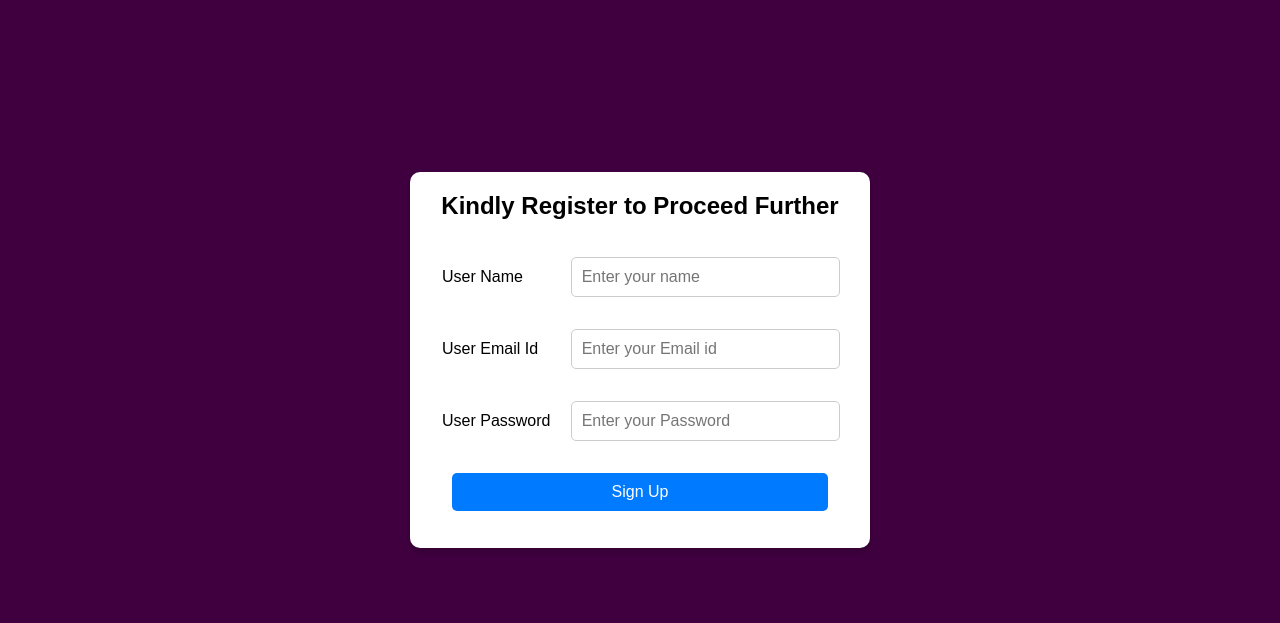
Repository: anuragtiwari3100/Java-Web-Solutions-Kit
Page: JspAndServlet/redirectToAnotherJspHtml/src/main/webapp/index.html
The author's editor kept a copy of each file at every save. The page is drawn from the files as they stood at one save, then again after the next save.
The browser window is 1280 px wide. The pictures show the whole page.

Above is the page before, as saved 2024-11-27 05:42:22.

After the next save:
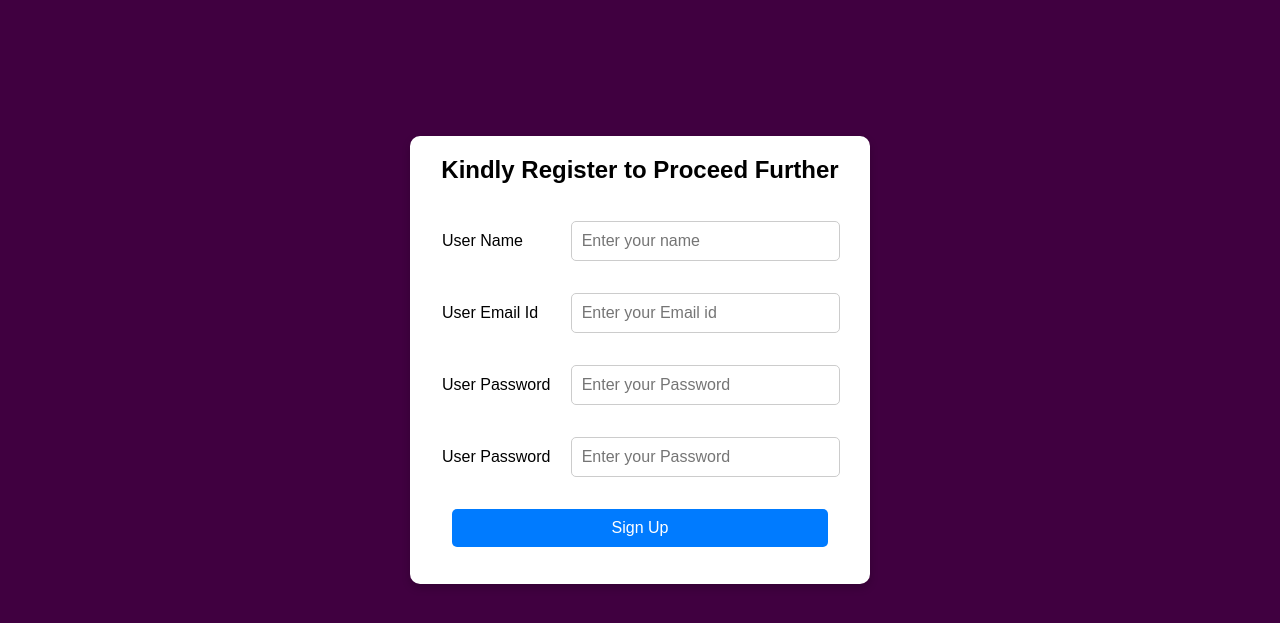
Saved 19 s later.
--- a/JspAndServlet/redirectToAnotherJspHtml/src/main/webapp/index.html
+++ b/JspAndServlet/redirectToAnotherJspHtml/src/main/webapp/index.html
@@ -70,6 +70,10 @@
                     <td><label for="ucity">User Password</label></td>
                     <td><input type="text" id="uPass" name="uPass" placeholder="Enter your Password" required></td>
                 </tr>
+                  <tr>
+                    <td><label for="ucity">User Password</label></td>
+                    <td><input type="text" id="uPass" name="uPass" placeholder="Enter your Password" required></td>
+                </tr>
                 <tr>
                     <td colspan="2" style="text-align: center;">
                         <input type="submit" value="Sign Up">
